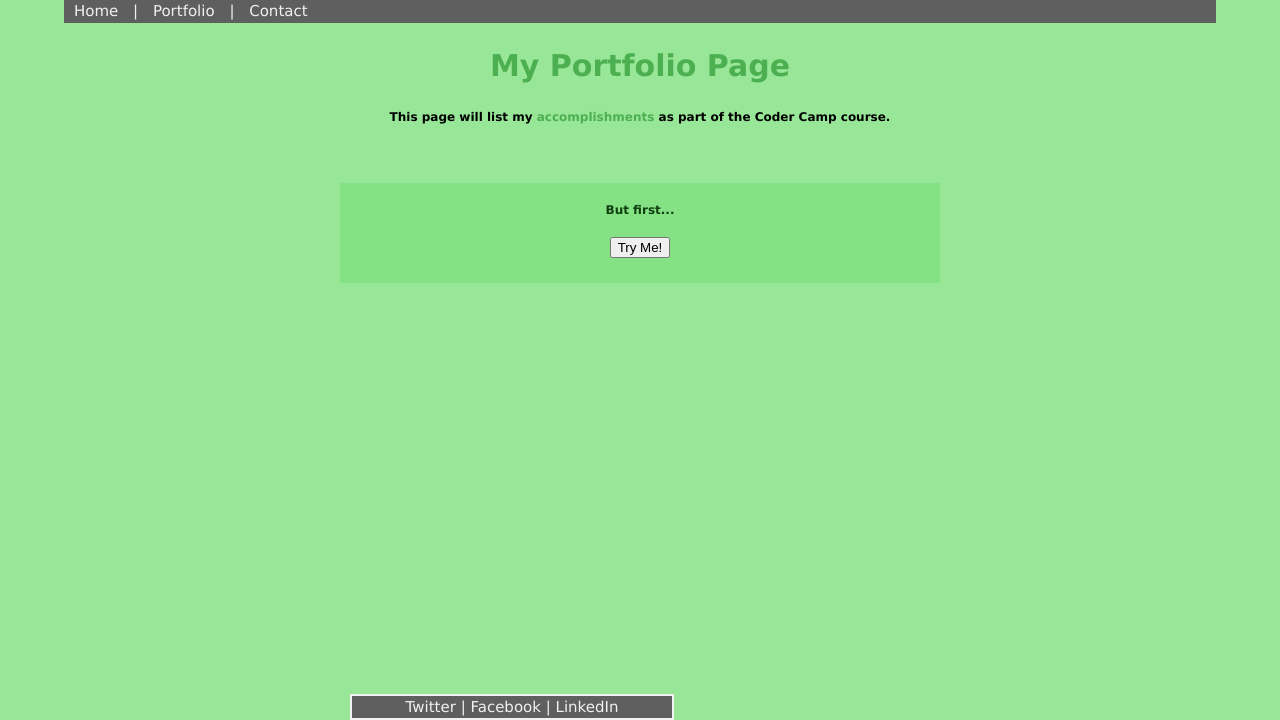
Repository: ischicagoisnotchicago/is-chicago
Page: http://localhost/CC_Personal_Website/portfolio.html
These files come from the project's save history. The page is drawn as it stood at one moment and after the next save; the edit follows.
The browser window is 1280 px wide. The pictures show the whole page.
The page is served by Tomcat 9.

Above is the page before, as saved 2017-05-26 01:18:34.

### CC Personal Website/WebContent/portfolio.html
<!DOCTYPE html>
<html>

<head>
<title>David Turner | Portfolio</title>
<link rel="stylesheet" type="text/css" href="style.css">
</head>

<body>
	<!-- Navigation Bar -->
	<nav>
		<a href="index.html">Home </a> | <a href="portfolio.html">Portfolio
		</a> | <a href="contact.html">Contact</a>
	</nav>

	<!-- Header -->
	<header>
		<h1>My Portfolio Page</h1>
		<h4>
			This page will list my <strong>accomplishments</strong> as part of
			the Coder Camp course.
		</h4>
	</header>

	<div id="portfolio">
	<div id="reserved">
		<br>But first...
		<br><br><button onclick="showFeature()" name="button">Try Me!</button></div>
	</div>

	<!-- Footer -->
	<footer>
		<a href="https://twitter.com/theagnessilient">Twitter</a> | <a
			href="https://www.facebook.com/profile.php?id=100004606000131"
		>Facebook</a> | <a href="https://www.linkedin.com/in/davidaturner19/">LinkedIn</a>
	</footer>

	<script src="script.js"></script>
</body>
</html>

### CC Personal Website/WebContent/style.css
/* Required! A background color */
/* Required! Change the font to a different Font-Family */
/* Required! Center all content on Home and Contact pages */
/* Tip! Changing body{height: 100%} will extend the page height making it easier to position content more accurately! */
body {
	font-family: Verdana,sans-serif;
    font-size: 15px;
    line-height: 1.5;
    height: 100%;
    width: 90%;
    background-color: #98e698;
    margin: 0 auto;
    text-align: center;
}

body#contact {
	font-family: "Comic Sans MS", cursive, sans-serif;
    font-size: 15px;
    line-height: 1.5;
    height: 100%;
    width: 90%;
	background-color: #ffe033;
	text-align: center;
}

header {
	height: 140px;
}

section {
	display: block;
	padding: 0 0 40px 0;
}

a {
	text-decoration: none;
}

/* Required! A style navbar */
nav {
	font-family: Verdana,sans-serif;
	color: #f1f1f1;
	background-color: #5f5f5f;
	text-align: left;
}

nav a {
	padding: 12px 10px;
}

a:link,
a:visited {
	color: #f1f1f1;
}

/* Required! Style links so when you hover the link, a different color is displayed */
a:hover {
    color: #4CAF50;
    background-color: black;
}

a:active {
    color: #f1f1f1;
}

h1, strong {
	color: #4CAF50;
}

h4 {
	font-size: .8em;
}

p {
	text-align: justify;
	text-indent: 15px;
}

dl {
	height: 380px;
}

dt {
	color: #ccad00;
	font-size: 1.4em;
	text-shadow: 2px 2px 5px white;
	text-align: left;
	border-left: 8px solid #ffdd1a;
	border-bottom: 1px solid #ffdd1a;
}

dd {
	text-align: right;
	font-style: italic;
	font-size: 0.9em;
	color: #0f3e0f;
}

#portfolio {
	height: 410px;
	width: 600px;
	margin: 0 auto 0 auto;
}

#accomplish {
	height: 400px;
}

#showtime {
	position: absolute;
	top: 180px;
	height: 220px;
	width: 600px;
	color: #0f3e0f;
	background-color: #84e184;
}

#reserved {
	height: 100px;
	font-weight: bold;
	font-size: 0.8em;
	color: #0f3e0f;
	background-color: #84e184;
}

#txtresults {
	height: 120px;
	color: #0f3e0f;
	padding: 20px 0 0 0;
	background-color: #84e184;
	border: 2px solid #ffdd1a;
}

.centerimg {
	height: 382px;
	width: 382px;
	margin: 25px auto 30px auto;
}

.itright {
	text-align: right;
	font-style: italic;
	color: #0f3e0f;
	padding-top: 50px;
}

.ftprompt {
    display: block;
    height: 25px;
    padding: 25px;
}

.fprompt {
	float: left;
	margin-left: 50px;
}

.tprompt {
	float: right;
	margin-right: 40px;
}

/* Required! The Contact should have a different color background and a set width of 25% */
.formtbl {
  height: 350px;
  width: 700px;
  margin: 0 auto 0 auto;
  padding: 10px 30px 0 30px;
}

.formside {
	width: 25%;
	float: left;
	background-color: #5f5f5f;
	padding: 10px;
	border: 5px double #0f3e0f;
	margin-left: 10px;
}

.formside input, .formside textarea {
	padding: 2px 0;
	background-color: #b8dc6f;
}

.formside button {
	margin: 0 60px;
	box-shadow: 2px 2px 2px #888888;
}

/* Required! The table needs to have a border and a background color. */
.tableside {
	float : right;
	width: 175px;
	height: 157px;
	color: #f1f1f1;
	padding: 10px;
	background-color: #5f5f5f;
    border: 5px double #0f3e0f;
    margin-right: 10px;
}

.tableside td {
	background-color: #5f5f5f;
	height: 20px;
	border: 5px double #0f3e0f;
	padding: 9px 40px;
}

/* Required! The mailto: with your email should be positioned in the bottom left corner with a border and background color */
.stuckleft {
	display: block;
	position: fixed;
	bottom: 0;
	left: 0;
	width: 97%;
	text-align: left;
	background-color: #5f5f5f;
	border-left: 5px double #f1f1f1;
	border-bottom: 1px solid #f1f1f1;
	border-right: 8px solid #f1f1f1;
}

/* Required! Footer needs to be stuck to the bottom of the page. */
footer {
  position: fixed;
  left: 350px;
  bottom: 0;
  width: 25%;
  color: #f1f1f1;
  background-color: #5f5f5f;
  border: 2px solid #f1f1f1;
}

### CC Personal Website/WebContent/script.js
// Expand punctuation as needed.
var Punctuation = {

  COMMA : ',',
  SPACE : ' ',
  PERIOD : '.',
  QUEST : '?',
  EXC : '!'
}

// Object with report stats to be used in html.
var reportMy = {
  text : "",
  numOfWords : 0,
  numOfSents : 0,
  numOfSpaces : 0,
  aveWordsPerSent : 0
}

// Array objects listing my accomplishments.
var accomplishMy = [
    {
      dt : "Personal Website",
      dd : "This is my first Website created for Coding from Scratch using HTML5 and CSS."
    }, {
      dt : "Portfolio Examples",
      dd : "Simple exercises showing my use of HTML, CSS and Javascript."
    }
];

// Generate reports to entered text.
function reportStats() {

  // Set initial.
  var wordStarted = false;

  // Get text from element with id value.
  reportMy.text = document.getElementById("sample").value;

  // Through the entire text length, check char. Update stats as appropriately.
  for ( i = 0; i < reportMy.text.length; i++) {

    switch ( reportMy.text[i]) {

      // If PERIOD, QUESTION, EXCLAMATIONPT, update number of sentences.
      case Punctuation.PERIOD:
      case Punctuation.QUEST:
      case Punctuation.EXC:
        if ( wordStarted === true) {
          reportMy.numOfSents++;
        }
        // break;

        // If either or COMMA, update number of words,
      case Punctuation.COMMA:
        if ( wordStarted === true) {
          reportMy.numOfWords++;
          wordStarted = false;
        }
        break;

      // If COMMA, update number of spaces.
      case Punctuation.SPACE:
        reportMy.numOfSpaces++;
        if ( wordStarted === true) {
          reportMy.numOfWords++;
          wordStarted = false;
        }
        break;

      // Assumes otherwise we are char in a word.
      default: {
        if ( wordStarted === false) {
          wordStarted = true;
        }
      }
    }
  }

  // Once text length has been reached, update average words per sentence.
  reportMy.aveWordsPerSent = parseInt(reportMy.numOfWords / reportMy.numOfSents);

  // Return reportMy object.
  return reportMy;
}

// Create a portfolio report of accomplishments.
function portlist() {

  var port = document.getElementById("portfolio");
  var showt = document.getElementById("showtime");
  port.removeChild(showt);
  var div = appendElementChild("div", port, "accomplish");
  var dl = appendElementChild("dl", div);

  // Build accomplishment listing.
  if ( accomplishMy !== null) {
    var i = 0;
    do {

      var dt = appendElementChild("dt", dl);
      dt.innerHTML = accomplishMy[i].dt;
      var dd = appendElementChild("dd", dl);
      dd.innerHTML = accomplishMy[i].dd;
      appendBreakChild(2, dl);
      i++;

    } while ( i < accomplishMy.length);

  }

  return true;
}

// Create a page with the textreader exercise.
function textreader() {

  // Replace "reserved" report with feature exercise.
  var port = document.getElementById("portfolio");
  var reserved = document.getElementById("reserved");
  port.removeChild(reserved);
  var div = appendElementChild("div", port, "showtime");
  var prompt1 = "First, a simple exercise. Type complete sentences "
      + "in the text area provided then press SUBMIT. I will report "
      + "statistics related to your submission. Cool? ";
  appendTextChild(prompt1, div, "h4");
  var prompt2 = "Text Reader and Statistics";
  var txta = appendElementChild("textarea", div, "sample");
  txta.setAttribute("name", "textReader");
  txta.setAttribute("rows", "5");
  txta.setAttribute("cols", "30");
  appendBreakChild(2, div);

  // Create button to move to next results page.
  var button1 = appendElementChild("button", div, "button1id");
  button1.innerHTML = "Submit";
  button1.setAttribute("name", "button1");
  button1.setAttribute("onClick", "txtrresults()");

  return true;
}

// Create a page of textreader results.
function txtrresults() {

  // First, run reportStats and generate the ReportMy stats to be used.
  reportStats();

  // Then setup report using ReportMy data.
  var prompt1 = "I detect you had entered " + reportMy.numOfSents
      + " sentence(s), consisting of " + reportMy.numOfWords + " words and "
      + reportMy.numOfSpaces
      + " spaces. The average words per sentence therefore is "
      + reportMy.aveWordsPerSent + ". Thanks for playing!";
  var noenter = "I detect you have not entered words in the text area. Ok then.";

  // Create noenter if no words detected in text area.
  if ( reportMy.numOfWords === 0) {
    prompt1 = noenter;
  }

  // If word are detected, create page report.
  var showt = document.getElementById("showtime");
  var button1 = document.getElementById("button1id");
  showt.removeChild(button1);

  var port = document.getElementById("portfolio");
  var div = appendElementChild("div", showt, "txtresults");
  appendTextChild(prompt1, div, "h4");

  var button2 = appendElementChild("button", div, "button2id");
  button2.innerHTML = "Done!";
  button2.setAttribute("name", "button2");
  button2.setAttribute("onClick", "portlist()");
  return;
}

// Replace with whatever exercise you want to display. For now, TextReader().
function showFeature() {

  textreader();
}

// Append text as a child node (w element).
function appendTextChild(text, node, element, idname) {

  // Check input.
  if ( text === undefined || text === null || node === undefined
      || node === null || element === undefined || element === null) {
    return null;
  }

  // Create styled text node.
  var txt = document.createTextNode(text);
  var el = _createel(element, idname);
  el.appendChild(txt);
  node.appendChild(el);

  return el;
}

// Append xtimes of break(s) as child node(s) to node.
function appendBreakChild(xtimes, node) {

  // Check input.
  if ( xtimes === undefined || xtimes === null || node === undefined
      || node === null) {
    return null;
  }

  var i = 0;
  // Create xtimes number of breaks.
  do {

    node.appendChild(document.createElement("br"));
    i++;

  } while ( i < xtimes);

  return true;
}

// Create child node of element with optional idname. You need idname if you
// want to remove later.
function appendElementChild(element, node, idname) {

  if ( element === undefined || element === null || node === undefined
      || node === null) {
    return null;
  }

  var el = _createel(element, idname);
  node.appendChild(el);

  return el;
}

function _createel(element, idname) {

  // Check input.
  if ( element === null) {
    return;
  }

  // Create element with optional id.
  var el = document.createElement(element);
  if ( idname !== undefined && idname !== null) {

    el.setAttribute("id", idname);
  }

  return el;
}

After the next save:
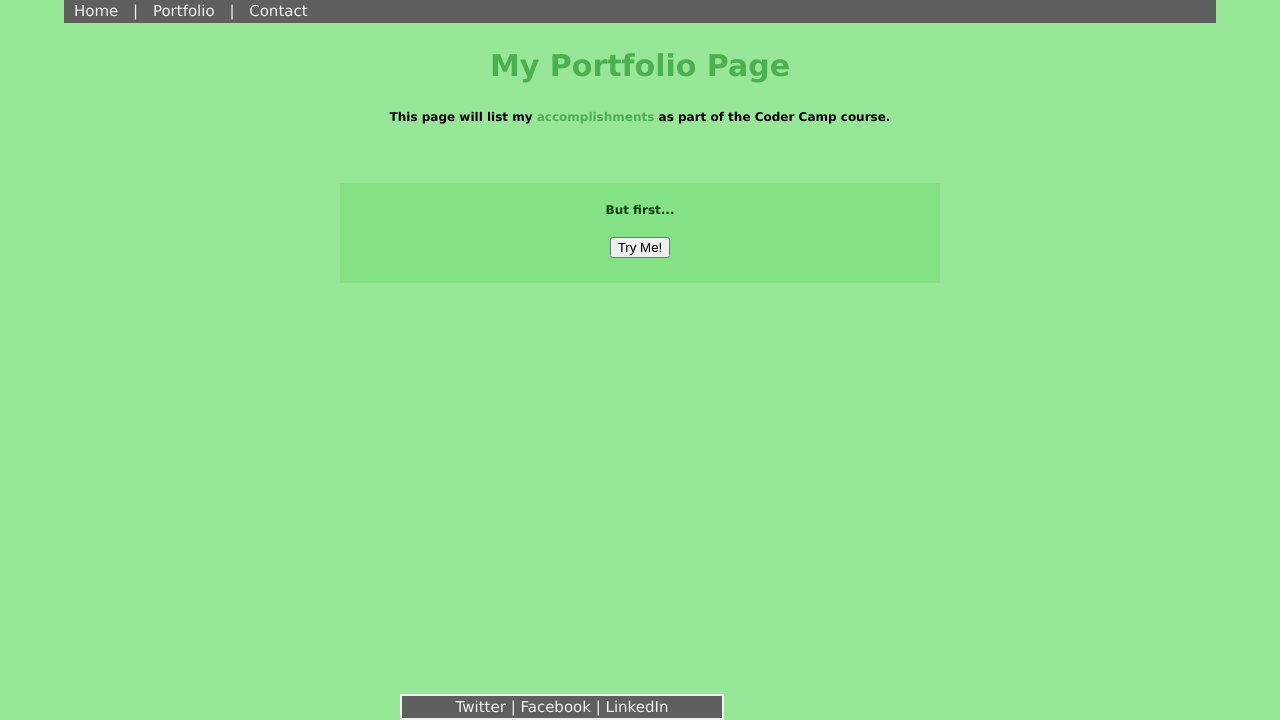
Saved 68 s later.
--- a/CC Personal Website/WebContent/style.css
+++ b/CC Personal Website/WebContent/style.css
@@ -223,7 +223,7 @@ dd {
 /* Required! Footer needs to be stuck to the bottom of the page. */
 footer {
   position: fixed;
-  left: 350px;
+  left: 400px;
   bottom: 0;
   width: 25%;
   color: #f1f1f1;
